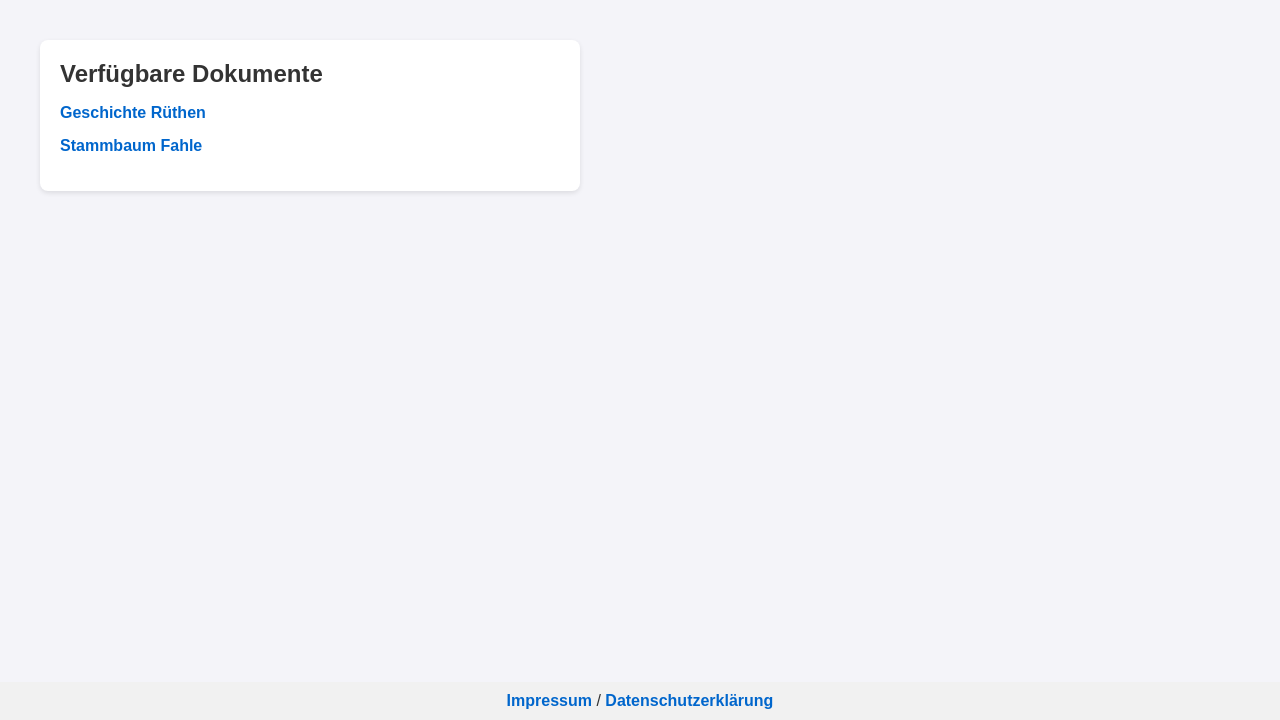
Repository: h-fahle/h-fahle.github.io
Page: index.html
The author's editor kept a copy of each file at every save. The page is drawn from the files as they stood at one save, then again after the next save.
The browser window is 1280 px wide. The pictures show the whole page.

Above is the page before, as saved 2026-05-24 14:48:05.

After the next save:
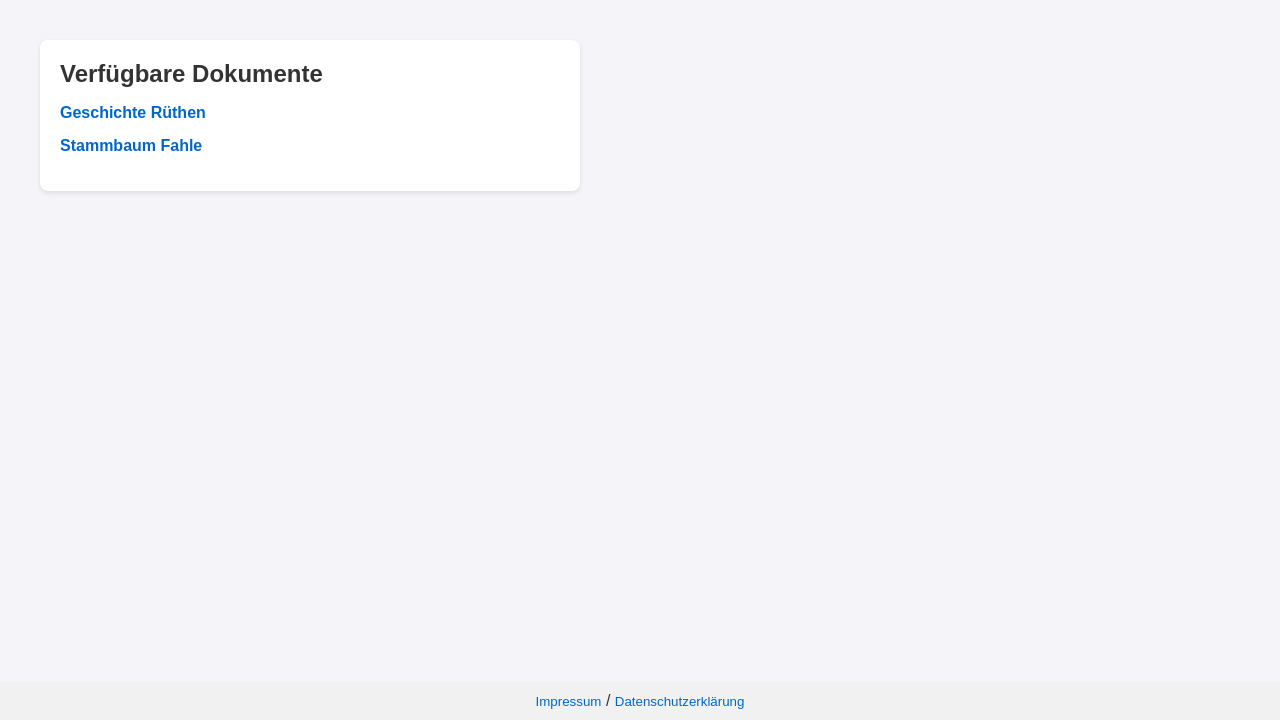
Saved 2 min 52 s later.
--- a/index.html
+++ b/index.html
@@ -19,6 +19,10 @@
             padding: 10px;
             background-color: #f1f1f1;
             text-align: center;
+        }
+        footer a {
+            font-size:smaller;
+            font-weight:100;
         }
         .container {
             background: #fff;
